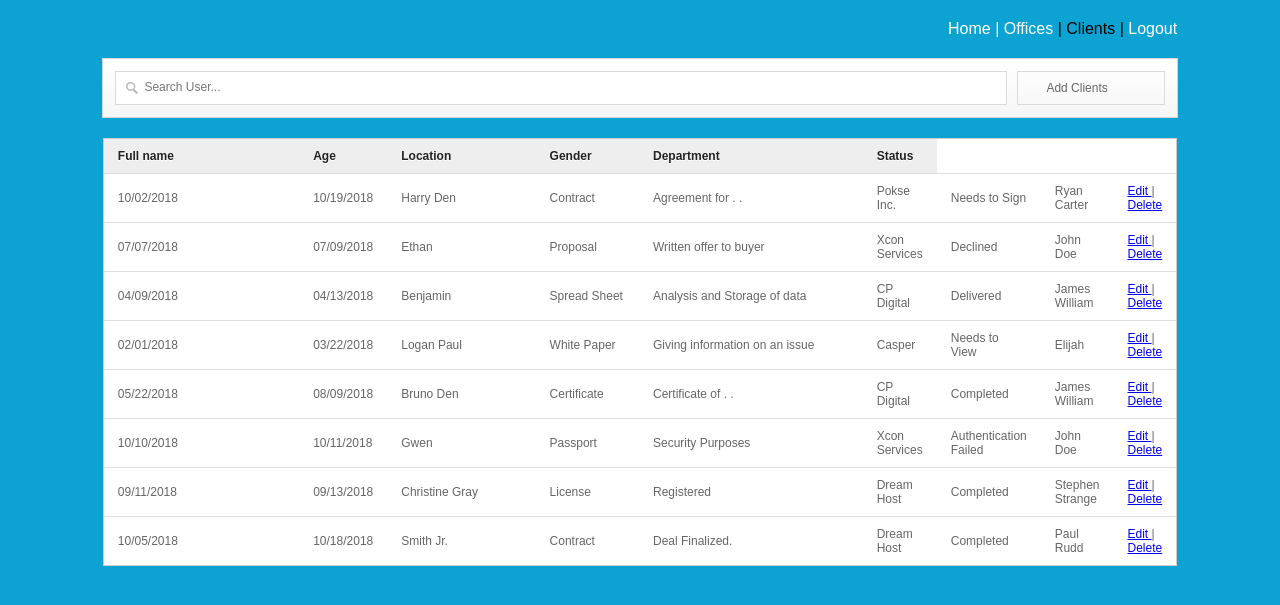
Repository: MrSyntax31/recordmanagement
Page: http://localhost/main/clients.php
These files come from the project's save history. The page is drawn as it stood at one moment and after the next save; the edit follows.
The browser window is 1280 px wide. The pictures show the whole page.
The page is run by PHP 8.4 with error messages shown; the project is at /var/www/html/. The database holds what the project's SQL file puts in it.

Above is the page before, as saved 2022-03-03 14:41:37.

### main/clients.php
<style>
body {
	background: #0ca3d2;
}
table { border-collapse: separate; background-color: #FFFFFF; border-spacing: 0; width: 85%; color: #666666; text-shadow: 0 1px 0 #FFFFFF; border: 1px solid #CCCCCC; box-shadow: 0; margin: 0 auto;font-family: arial; }
table thead tr th { background: none repeat scroll 0 0 #EEEEEE; color: #222222; padding: 10px 14px; text-align: left; border-top: 0 none; font-size: 12px; }
table tbody tr td{
    background-color: #FFFFFF;
	font-size: 12px;
    text-align: left;
	padding: 10px 14px;
	border-top: 1px solid #DDDDDD;
}
#log {
	width: 85%;
	text-align: right;
	margin: 20px auto;
	font-family: arial;
}
#log a {
	color: #FFFFFF;
	text-decoration: none;
	font-family: arial;
}
#formdesign {
	background: linear-gradient(to bottom, #FFFFFF 0%, #F6F6F6 100%) repeat scroll 0 0 rgba(0, 0, 0, 0);
    border: 1px solid #D5D5D5;
    padding: 12px;
    position: relative;
	margin: 20px auto;
	width: 83%;
	clear: both;
	height: 34px;
}
#filter {
	-moz-box-sizing: border-box;
    background: url("img/big_search.png") no-repeat scroll 10px 10px #FFFFFF;
    box-shadow: none;
    display: block;
    font-size: 12px;
    height: 34px;
    padding: 9px 140px 9px 28px;display: block;
    font-size: 12px;
    height: 34px;
    padding: 9px 140px 9px 28px;
    width: 85%;
	border: 1px solid #DADADA;
    transition: border 0.2s linear 0s, box-shadow 0.2s linear 0s;
	padding-top: 6px;
	float: left;
}
#add {
	float: right;
	width: 8.5%;
	display: block;
    font-size: 12px;
    height: 14px;
    padding: 9px 28px 9px 28px;
	border: 1px solid #DADADA;
}
a#add {
	text-decoration: none;
	color: #666666;
	font-family: arial;
	font-size: 12px;
}

</style>
<script src="argiepolicarpio.js" type="text/javascript" charset="utf-8"></script>
<script src="js/application.js" type="text/javascript" charset="utf-8"></script>
<!--sa poip up-->
<link href="src/facebox.css" media="screen" rel="stylesheet" type="text/css" />
   <script src="lib/jquery.js" type="text/javascript"></script>
  <script src="src/facebox.js" type="text/javascript"></script>
  <script type="text/javascript">
    jQuery(document).ready(function($) {
      $('a[rel*=facebox]').facebox({
        loadingImage : 'src/loading.gif',
        closeImage   : 'src/closelabel.png'
      })
    })
  </script>
<div id="log"> <a href="index.php">Home | <a href="offices.php">Offices</a> | Clients |  <a href="../index.php">Logout</a>
</div>
<div id="formdesign">
<input type="text" name="filter" value="" id="filter" placeholder="Search User..." autocomplete="off" />
<a rel="facebox" href="add.php" id="add">Add Clients</a>
</div>
<table cellspacing="0" cellpadding="2" id="resultTable">
<thead>
	<tr>
		<th width="20%"> Full name</th>
		<th width="7%"> Age</th>
		<th width="15%"> Location </th>
		<th width="10%"> Gender </th>
		<th width="23%"> Department </th>
		<th width="5%">  Status </th>
	</tr>
</thead>
<tbody>
	<?php
		include('connect.php');
		$result = $db->prepare("SELECT * FROM transaction ORDER BY id DESC");
		$result->execute();
		for($i=0; $row = $result->fetch(); $i++){
	?>
	<tr class="record">
		<td><?php echo $row['date']; ?></td>
		<td><?php echo $row['dateout']; ?></td>
		<td><?php echo $row['receive_by']; ?></td>
		<td><?php echo $row['doc_type']; ?></td>
		<td><?php echo $row['description']; ?></td>
		<td><?php echo $row['office']; ?></td>
		<td><?php echo $row['status']; ?></td>
		<td><?php echo $row['ft']; ?></td>
		<td><a rel="facebox" href="editform.php?id=<?php echo $row['id']; ?>"> Edit </a> | <a href="#" id="<?php echo $row['id']; ?>" class="delbutton" title="Click To Delete">Delete</a></td>
	</tr>
	<?php
		}
	?>
</tbody>
</table>
<script src="js/jquery.js"></script>
  <script type="text/javascript">
$(function() {


$(".delbutton").click(function(){

//Save the link in a variable called element
var element = $(this);

//Find the id of the link that was clicked
var del_id = element.attr("id");

//Built a url to send
var info = 'id=' + del_id;
 if(confirm("Sure you want to delete this update? There is NO undo!"))
		  {

 $.ajax({
   type: "GET",
   url: "delete.php",
   data: info,
   success: function(){

   }
 });
         $(this).parents(".record").animate({ backgroundColor: "#fbc7c7" }, "fast")
		.animate({ opacity: "hide" }, "slow");

 }

return false;

});

});
</script>

### main/connect.php
<?php
/* Database config */
$db_host		= 'localhost';
$db_user		= 'root';
$db_pass		= '';
$db_database	= 'record';

/* End config */

$db = new PDO('mysql:host='.$db_host.';dbname='.$db_database, $db_user, $db_pass);
$db->setAttribute(PDO::ATTR_ERRMODE, PDO::ERRMODE_EXCEPTION);

?>

### main/js/application.js
$(document).ready(function() {
	zebraRows('tr:odd td', 'odd');

	$('tbody tr').hover(function(){
	  $(this).find('td').addClass('hovered');
	}, function(){
	  $(this).find('td').removeClass('hovered');
	});

	//default each row to visible
	$('tbody tr').addClass('visible');

	//overrides CSS display:none property
	//so only users w/ JS will see the
	//filter box
	$('#search').show();

	$('#filter').keyup(function(event) {
		//if esc is pressed or nothing is entered
    if (event.keyCode == 27 || $(this).val() == '') {
			//if esc is pressed we want to clear the value of search box
			$(this).val('');

			//we want each row to be visible because if nothing
			//is entered then all rows are matched.
      $('tbody tr').removeClass('visible').show().addClass('visible');
    }

		//if there is text, lets filter
		else {
      filter('tbody tr', $(this).val());
    }

		//reapply zebra rows
		$('.visible td').removeClass('odd');
		zebraRows('.visible:even td', 'odd');
	});

	//grab all header rows
	$('thead th').each(function(column) {
		$(this).addClass('sortable')
					.click(function(){
						var findSortKey = function($cell) {
							return $cell.find('.sort-key').text().toUpperCase() + ' ' + $cell.text().toUpperCase();
						};

						var sortDirection = $(this).is('.sorted-asc') ? -1 : 1;

						//step back up the tree and get the rows with data
						//for sorting
						var $rows		= $(this).parent()
																.parent()
																.parent()
																.find('tbody tr')
																.get();

						//loop through all the rows and find
						$.each($rows, function(index, row) {
							row.sortKey = findSortKey($(row).children('td').eq(column));
						});

						//compare and sort the rows alphabetically
						$rows.sort(function(a, b) {
							if (a.sortKey < b.sortKey) return -sortDirection;
							if (a.sortKey > b.sortKey) return sortDirection;
							return 0;
						});

						//add the rows in the correct order to the bottom of the table
						$.each($rows, function(index, row) {
							$('tbody').append(row);
							row.sortKey = null;
						});

						//identify the column sort order
						$('th').removeClass('sorted-asc sorted-desc');
						var $sortHead = $('th').filter(':nth-child(' + (column + 1) + ')');
						sortDirection == 1 ? $sortHead.addClass('sorted-asc') : $sortHead.addClass('sorted-desc');

						//identify the column to be sorted by
						$('td').removeClass('sorted')
									.filter(':nth-child(' + (column + 1) + ')')
									.addClass('sorted');

						$('.visible td').removeClass('odd');
						zebraRows('.visible:even td', 'odd');
					});
	});
});


//used to apply alternating row styles
function zebraRows(selector, className)
{
	$(selector).removeClass(className)
							.addClass(className);
}

//filter results based on query
function filter(selector, query) {
	query	=	$.trim(query); //trim white space
  query = query.replace(/ /gi, '|'); //add OR for regex

  $(selector).each(function() {
    ($(this).text().search(new RegExp(query, "i")) < 0) ? $(this).hide().removeClass('visible') : $(this).show().addClass('visible');
  });
}

### main/src/facebox.css
#facebox {
  position: absolute;
  top: 0;
  left: 0;
  z-index: 100;
  text-align: left;
}


#facebox .popup{
  position:relative;
  border:3px solid rgba(0,0,0,0);
  -webkit-border-radius:5px;
  -moz-border-radius:5px;
  border-radius:5px;
  -webkit-box-shadow:0 0 18px rgba(0,0,0,0.4);
  -moz-box-shadow:0 0 18px rgba(0,0,0,0.4);
  box-shadow:0 0 18px rgba(0,0,0,0.4);
}

#facebox .content {
  display:table;
  width: 280px;
  padding: 10px;
  background: #fff;
  -webkit-border-radius:4px;
  -moz-border-radius:4px;
  border-radius:4px;
}

#facebox .content > p:first-child{
  margin-top:0;
}
#facebox .content > p:last-child{
  margin-bottom:0;
}

#facebox .close{
  position:absolute;
  top:5px;
  right:5px;
  padding:2px;
  background:#fff;
}
#facebox .close img{
  opacity:0.3;
}
#facebox .close:hover img{
  opacity:1.0;
}

#facebox .loading {
  text-align: center;
}

#facebox .image {
  text-align: center;
}

#facebox img {
  border: 0;
  margin: 0;
}

#facebox_overlay {
  position: fixed;
  top: 0px;
  left: 0px;
  height:100%;
  width:100%;
}

.facebox_hide {
  z-index:-100;
}

.facebox_overlayBG {
  background-color: #000;
  z-index: 99;
}

.hoverbox
{
	cursor: default;
	list-style: none;
}

.hoverbox a
{
	cursor:pointer;
}


.hoverbox img
{
	background: #fff;
	border-color: #aaa #ccc #ddd #bbb;
	border-style: solid;
	border-width: 1px;
	color: inherit;
	padding: 2px;
	vertical-align: top;
	width: 115px;
	height: 70px;
	margin-bottom:5px;
}

### main/src/facebox.js
/*
 * Facebox (for jQuery)
 * version: 1.2 (05/05/2008)
 * @requires jQuery v1.2 or later
 *
 * Examples at http://famspam.com/facebox/
 *
 * Licensed under the MIT:
 *   http://www.opensource.org/licenses/mit-license.php
 *
 * Copyright 2007, 2008 Chris Wanstrath [ chris@ozmm.org ]
 *
 * Usage:
 *
 *  jQuery(document).ready(function() {
 *    jQuery('a[rel*=facebox]').facebox()
 *  })
 *
 *  <a href="#terms" rel="facebox">Terms</a>
 *    Loads the #terms div in the box
 *
 *  <a href="terms.html" rel="facebox">Terms</a>
 *    Loads the terms.html page in the box
 *
 *  <a href="terms.png" rel="facebox">Terms</a>
 *    Loads the terms.png image in the box
 *
 *
 *  You can also use it programmatically:
 *
 *    jQuery.facebox('some html')
 *    jQuery.facebox('some html', 'my-groovy-style')
 *
 *  The above will open a facebox with "some html" as the content.
 *
 *    jQuery.facebox(function($) {
 *      $.get('blah.html', function(data) { $.facebox(data) })
 *    })
 *
 *  The above will show a loading screen before the passed function is called,
 *  allowing for a better ajaxy experience.
 *
 *  The facebox function can also display an ajax page, an image, or the contents of a div:
 *
 *    jQuery.facebox({ ajax: 'remote.html' })
 *    jQuery.facebox({ ajax: 'remote.html' }, 'my-groovy-style')
 *    jQuery.facebox({ image: 'stairs.jpg' })
 *    jQuery.facebox({ image: 'stairs.jpg' }, 'my-groovy-style')
 *    jQuery.facebox({ div: '#box' })
 *    jQuery.facebox({ div: '#box' }, 'my-groovy-style')
 *
 *  Want to close the facebox?  Trigger the 'close.facebox' document event:
 *
 *    jQuery(document).trigger('close.facebox')
 *
 *  Facebox also has a bunch of other hooks:
 *
 *    loading.facebox
 *    beforeReveal.facebox
 *    reveal.facebox (aliased as 'afterReveal.facebox')
 *    init.facebox
 *    afterClose.facebox
 *
 *  Simply bind a function to any of these hooks:
 *
 *   $(document).bind('reveal.facebox', function() { ...stuff to do after the facebox and contents are revealed... })
 *
 */
(function($) {
  $.facebox = function(data, klass) {
    $.facebox.loading()

    if (data.ajax) fillFaceboxFromAjax(data.ajax, klass)
    else if (data.image) fillFaceboxFromImage(data.image, klass)
    else if (data.div) fillFaceboxFromHref(data.div, klass)
    else if ($.isFunction(data)) data.call($)
    else $.facebox.reveal(data, klass)
  }

  /*
   * Public, $.facebox methods
   */

  $.extend($.facebox, {
    settings: {
      opacity      : 0.2,
      overlay      : false,
      loadingImage : '/facebox/loading.gif',
      closeImage   : '/facebox/closelabel.png',
      imageTypes   : [ 'png', 'jpg', 'jpeg', 'gif' ],
      faceboxHtml  : '\
    <div id="facebox" style="display:none;"> \
      <div class="popup"> \
        <div class="content"> \
        </div> \
        <a href="#" class="close"><img src="/facebox/closelabel.png" title="close" class="close_image" /></a> \
      </div> \
    </div>'
    },

    loading: function() {
      init()
      if ($('#facebox .loading').length == 1) return true
      showOverlay()

      $('#facebox .content').empty()
      $('#facebox .body').children().hide().end().
        append('<div class="loading"><img src="'+$.facebox.settings.loadingImage+'"/></div>')

      $('#facebox').css({
        top:	getPageScroll()[1] + (getPageHeight() / 10),
        left:	$(window).width() / 2 - 205
      }).show()

      $(document).bind('keydown.facebox', function(e) {
        if (e.keyCode == 27) $.facebox.close()
        return true
      })
      $(document).trigger('loading.facebox')
    },

    reveal: function(data, klass) {
      $(document).trigger('beforeReveal.facebox')
      if (klass) $('#facebox .content').addClass(klass)
      $('#facebox .content').append(data)
      $('#facebox .loading').remove()
      $('#facebox .body').children().fadeIn('normal')
      $('#facebox').css('left', $(window).width() / 2 - ($('#facebox .popup').width() / 2))
      $(document).trigger('reveal.facebox').trigger('afterReveal.facebox')
    },

    close: function() {
      $(document).trigger('close.facebox')
      return false
    }
  })

  /*
   * Public, $.fn methods
   */

  $.fn.facebox = function(settings) {
    if ($(this).length == 0) return

    init(settings)

    function clickHandler() {
      $.facebox.loading(true)

      // support for rel="facebox.inline_popup" syntax, to add a class
      // also supports deprecated "facebox[.inline_popup]" syntax
      var klass = this.rel.match(/facebox\[?\.(\w+)\]?/)
      if (klass) klass = klass[1]

      fillFaceboxFromHref(this.href, klass)
      return false
    }

    return this.bind('click.facebox', clickHandler)
  }

  /*
   * Private methods
   */

  // called one time to setup facebox on this page
  function init(settings) {
    if ($.facebox.settings.inited) return true
    else $.facebox.settings.inited = true

    $(document).trigger('init.facebox')
    makeCompatible()

    var imageTypes = $.facebox.settings.imageTypes.join('|')
    $.facebox.settings.imageTypesRegexp = new RegExp('\.(' + imageTypes + ')$', 'i')

    if (settings) $.extend($.facebox.settings, settings)
    $('body').append($.facebox.settings.faceboxHtml)

    var preload = [ new Image(), new Image() ]
    preload[0].src = $.facebox.settings.closeImage
    preload[1].src = $.facebox.settings.loadingImage

    $('#facebox').find('.b:first, .bl').each(function() {
      preload.push(new Image())
      preload.slice(-1).src = $(this).css('background-image').replace(/url\((.+)\)/, '$1')
    })

    $('#facebox .close').click($.facebox.close)
    $('#facebox .close_image').attr('src', $.facebox.settings.closeImage)
  }

  // getPageScroll() by quirksmode.com
  function getPageScroll() {
    var xScroll, yScroll;
    if (self.pageYOffset) {
      yScroll = self.pageYOffset;
      xScroll = self.pageXOffset;
    } else if (document.documentElement && document.documentElement.scrollTop) {	 // Explorer 6 Strict
      yScroll = document.documentElement.scrollTop;
      xScroll = document.documentElement.scrollLeft;
    } else if (document.body) {// all other Explorers
      yScroll = document.body.scrollTop;
      xScroll = document.body.scrollLeft;
    }
    return new Array(xScroll,yScroll)
  }

  // Adapted from getPageSize() by quirksmode.com
  function getPageHeight() {
    var windowHeight
    if (self.innerHeight) {	// all except Explorer
      windowHeight = self.innerHeight;
    } else if (document.documentElement && document.documentElement.clientHeight) { // Explorer 6 Strict Mode
      windowHeight = document.documentElement.clientHeight;
    } else if (document.body) { // other Explorers
      windowHeight = document.body.clientHeight;
    }
    return windowHeight
  }

  // Backwards compatibility
  function makeCompatible() {
    var $s = $.facebox.settings

    $s.loadingImage = $s.loading_image || $s.loadingImage
    $s.closeImage = $s.close_image || $s.closeImage
    $s.imageTypes = $s.image_types || $s.imageTypes
    $s.faceboxHtml = $s.facebox_html || $s.faceboxHtml
  }

  // Figures out what you want to display and displays it
  // formats are:
  //     div: #id
  //   image: blah.extension
  //    ajax: anything else
  function fillFaceboxFromHref(href, klass) {
    // div
    if (href.match(/#/)) {
      var url    = window.location.href.split('#')[0]
      var target = href.replace(url,'')
      if (target == '#') return
      $.facebox.reveal($(target).html(), klass)

    // image
    } else if (href.match($.facebox.settings.imageTypesRegexp)) {
      fillFaceboxFromImage(href, klass)
    // ajax
    } else {
      fillFaceboxFromAjax(href, klass)
    }
  }

  function fillFaceboxFromImage(href, klass) {
    var image = new Image()
    image.onload = function() {
      $.facebox.reveal('<div class="image"><img src="' + image.src + '" /></div>', klass)
    }
    image.src = href
  }

  function fillFaceboxFromAjax(href, klass) {
    $.get(href, function(data) { $.facebox.reveal(data, klass) })
  }

  function skipOverlay() {
    return $.facebox.settings.overlay == false || $.facebox.settings.opacity === null
  }

  function showOverlay() {
    if (skipOverlay()) return

    if ($('#facebox_overlay').length == 0)
      $("body").append('<div id="facebox_overlay" class="facebox_hide"></div>')

    $('#facebox_overlay').hide().addClass("facebox_overlayBG")
      .css('opacity', $.facebox.settings.opacity)
      .click(function() { $(document).trigger('close.facebox') })
      .fadeIn(200)
    return false
  }

  function hideOverlay() {
    if (skipOverlay()) return

    $('#facebox_overlay').fadeOut(200, function(){
      $("#facebox_overlay").removeClass("facebox_overlayBG")
      $("#facebox_overlay").addClass("facebox_hide")
      $("#facebox_overlay").remove()
    })

    return false
  }

  /*
   * Bindings
   */

  $(document).bind('close.facebox', function() {
    $(document).unbind('keydown.facebox')
    $('#facebox').fadeOut(function() {
      $('#facebox .content').removeClass().addClass('content')
      $('#facebox .loading').remove()
      $(document).trigger('afterClose.facebox')
    })
    hideOverlay()
  })

})(jQuery);

### main/DATABASE/record.sql (the tables this page reads)
CREATE TABLE IF NOT EXISTS `transaction` (
`id` int(11) NOT NULL,
  `date` varchar(100) NOT NULL,
  `doc_type` varchar(100) NOT NULL,
  `description` varchar(1000) NOT NULL,
  `office` varchar(100) NOT NULL,
  `status` varchar(100) NOT NULL,
  `dateout` varchar(100) NOT NULL,
  `receive_by` varchar(100) NOT NULL,
  `ft` varchar(100) NOT NULL
) ENGINE=InnoDB AUTO_INCREMENT=9 DEFAULT CHARSET=latin1;

INSERT INTO `transaction` (`id`, `date`, `doc_type`, `description`, `office`, `status`, `dateout`, `receive_by`, `ft`) VALUES
(1, '10/05/2018', 'Contract', 'Deal Finalized. ', 'Dream Host', 'Completed', '10/18/2018', 'Smith Jr.', 'Paul Rudd'),
(2, '09/11/2018', 'License', 'Registered', 'Dream Host', 'Completed', '09/13/2018', 'Christine Gray', 'Stephen Strange'),
(3, '10/10/2018', 'Passport', 'Security Purposes', 'Xcon Services', 'Authentication Failed', '10/11/2018', 'Gwen', 'John Doe'),
(4, '05/22/2018', 'Certificate', 'Certificate of . .', 'CP Digital', 'Completed', '08/09/2018', 'Bruno Den', 'James William'),
(5, '02/01/2018', 'White Paper', 'Giving information on an issue', 'Casper', 'Needs to View', '03/22/2018', 'Logan Paul', 'Elijah'),
(6, '04/09/2018', 'Spread Sheet', 'Analysis and Storage of data', 'CP Digital', 'Delivered', '04/13/2018', 'Benjamin', 'James William'),
(7, '07/07/2018', 'Proposal', 'Written offer to buyer', 'Xcon Services', 'Declined', '07/09/2018', 'Ethan', 'John Doe'),
(8, '10/02/2018', 'Contract', 'Agreement for . .', 'Pokse Inc.', 'Needs to Sign', '10/19/2018', 'Harry Den', 'Ryan Carter');

ALTER TABLE `transaction`
 ADD PRIMARY KEY (`id`);

ALTER TABLE `transaction`
MODIFY `id` int(11) NOT NULL AUTO_INCREMENT,AUTO_INCREMENT=9;

Loaded but not shown: main/argiepolicarpio.js (library); main/lib/jquery.js (library); main/js/jquery.js (library)

After the next save:
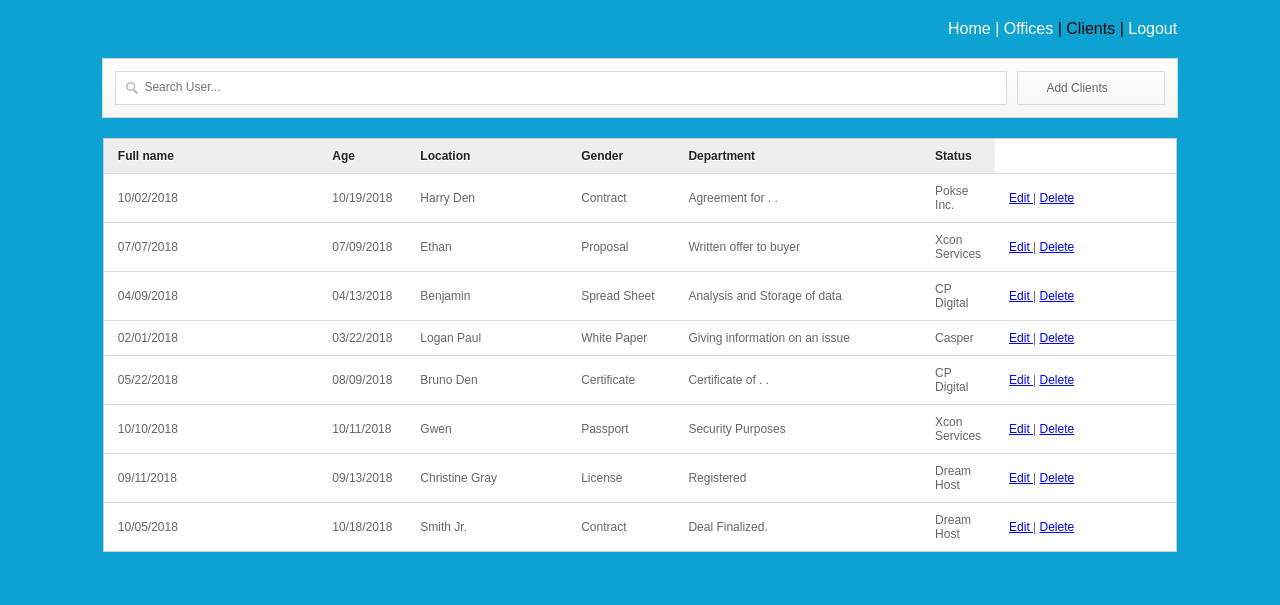
Saved 26 s later.
--- a/main/clients.php
+++ b/main/clients.php
@@ -111,8 +111,6 @@ a#add {
 		<td><?php echo $row['doc_type']; ?></td>
 		<td><?php echo $row['description']; ?></td>
 		<td><?php echo $row['office']; ?></td>
-		<td><?php echo $row['status']; ?></td>
-		<td><?php echo $row['ft']; ?></td>
 		<td><a rel="facebox" href="editform.php?id=<?php echo $row['id']; ?>"> Edit </a> | <a href="#" id="<?php echo $row['id']; ?>" class="delbutton" title="Click To Delete">Delete</a></td>
 	</tr>
 	<?php
